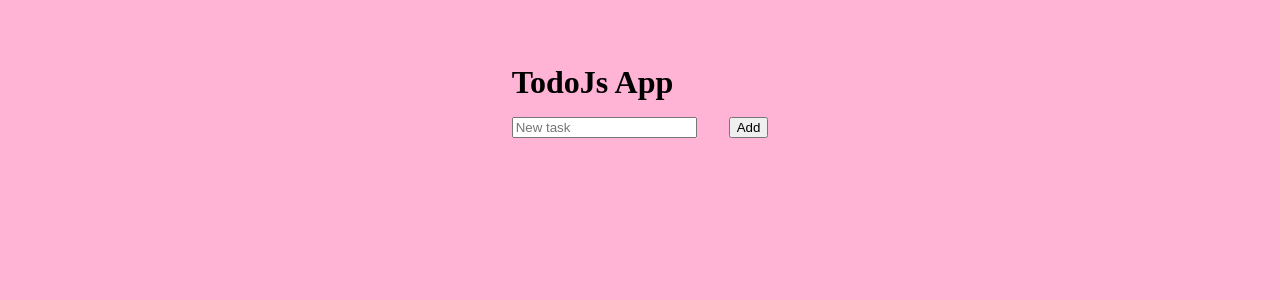
Repository: AlexandraYuhno/todo
Page: index.html
The author's editor kept a copy of each file at every save. The page is drawn from the files as they stood at one save, then again after the next save.
The browser window is 1280 px wide. The pictures show the whole page.

Above is the page before, as saved 2024-06-17 11:21:52.

### index.html
<!DOCTYPE html>
<html lang="en">
<head>
    <meta charset="UTF-8">
    <meta name="viewport" content="width=device-width, initial-scale=1.0">
    <title>TodoJs</title>
    <link rel="stylesheet" href="style.css">
</head>
<body>
    <div class="todo">
        <div class="todo__content">
            <h1 class="todo__title"> TodoJs App </h1>
            <div class="todo__new">
                <input type="text" placeholder="New task" id="new">
                <button class="todo__add" id="btnAdd">Add</button>
            </div>
        </div>

    </div>
    <script src="script.js"></script>
</body>
</html>

### style.css
*{
    margin: 0;
    box-sizing: border-box;
}

body{
    background-color: #ffb3d5;
    display: flex;
    justify-content: center;
    padding: 32px;
}

.todo{
    padding: 32px;
}

.todo__new{
    display: flex;
    padding: 16px 0 32px;
}

.todo__add{
    margin-left: 32px;
    cursor: pointer;
}

### script.js
const newTask = document.getElementById('new');
const btnAdd = document.getElementById('btnAdd');

//Track click button 'Add'


function addTask(){
    alert("ok")
}

btnAdd.addEventListener("click", addTask)

After the next save:
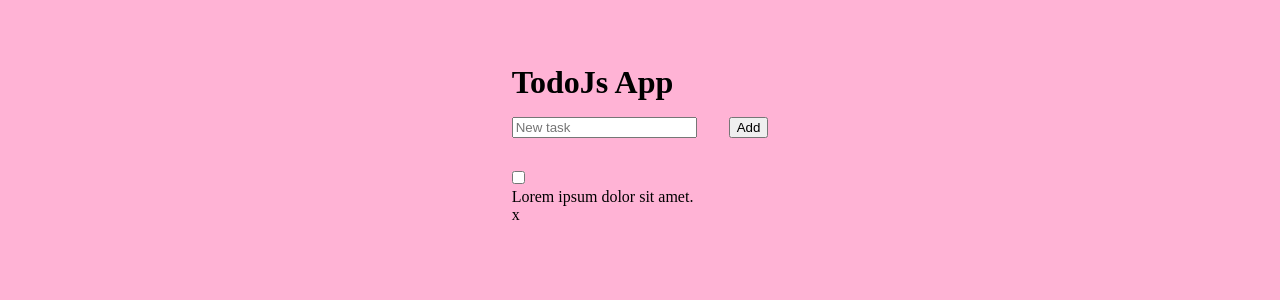
Saved 4 min 14 s later.
--- a/index.html
+++ b/index.html
@@ -15,7 +15,18 @@
                 <button class="todo__add" id="btnAdd">Add</button>
             </div>
         </div>
-
+        <div class="todo__list">
+            <div class="todo__task" id="tasks">
+              <label class="todo__checkbox">
+                <input type="checkbox">
+                </label>
+             <div class="todo__task-title">
+              Lorem ipsum dolor sit amet.
+             </div>
+             <div class="todo__task-del">x</div>
+            </div>
+          </div>
+        </div>
     </div>
     <script src="script.js"></script>
 </body>
